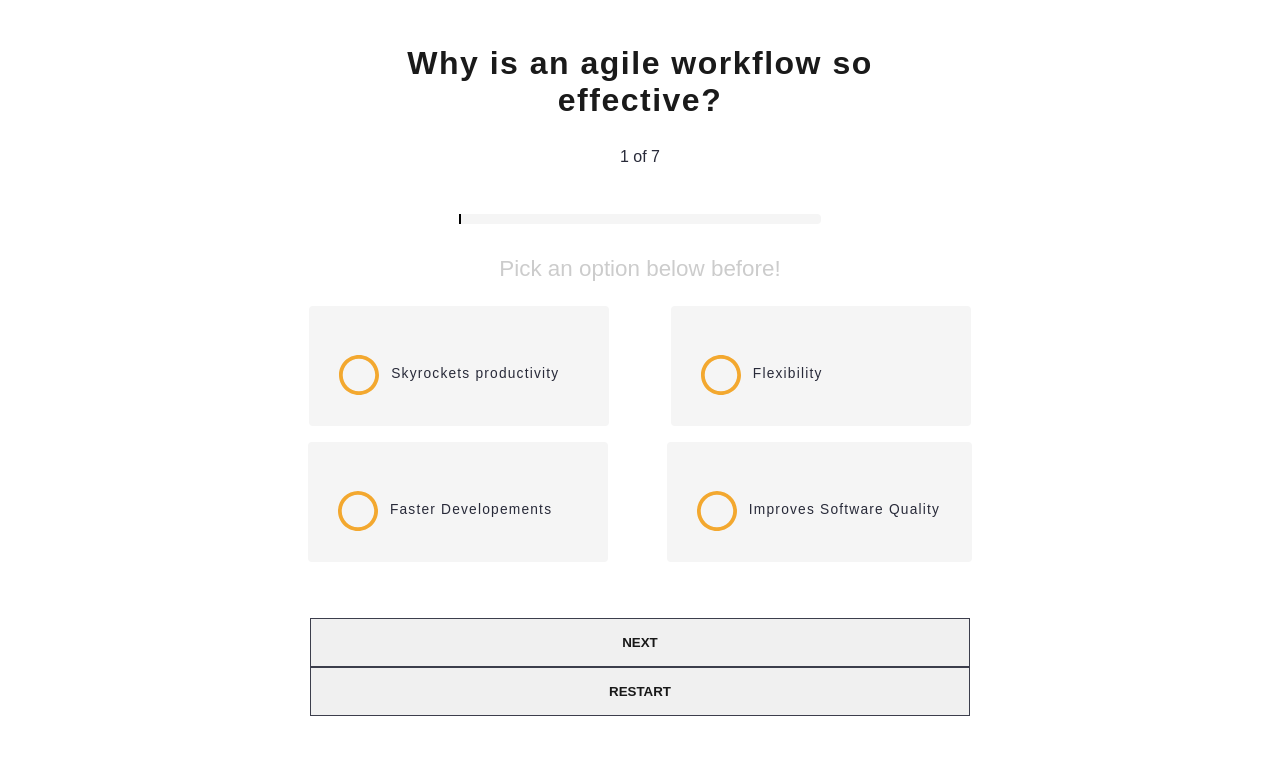
Repository: mukiSabljakovic/Quiz-APP
Page: index.html
An editor plug-in stored every save of this project. The page is shown before and after the next save, followed by the edit.
The browser window is 1280 px wide. The pictures show the whole page.
Some web fonts or font styles are not loaded; a fallback is used.

Above is the page before, as saved 2020-05-04 16:26:44.

### index.html
<!DOCTYPE html>
<html lang="en">
<head>
    <meta charset="UTF-8">
    <meta name="viewport" content="width=device-width, initial-scale=1.0">
    <title>Quiz</title>
    <link rel="stylesheet" href="css/style.css">
</head>
<body>
    <div class="app">
        <div class="container">
            <div class="jabquiz">

                <div class="jabquiz__question-box">
                    <h1 class="jabquiz__question">Why is an agile workflow so effective?</h1>
                    <p class="jabquiz__tracker">1 of 7</p>
                    <div class="progress">
                        <div class="progress__inner">

                        </div>
                    </div>
                    <p class="jabquiz__tagline">Pick an option below before!</p>
                </div>



                <div class="jabquiz__choices-box">
                    <ul class="jabquiz__choices">
                        <!-- dynamically with js -->
                        <li class="jabquiz__choice">
                            <input type="radio" name="choice" id="choice0" class="jabquiz__input">
                            <label for="choice0" class="jabquiz__label">
                                <i></i>
                                Skyrockets productivity
                            </label>
                        </li>
                        <li class="jabquiz__choice">
                            <input type="radio" name="choice" id="choice1" class="jabquiz__input">
                            <label for="choice1" class="jabquiz__label">
                                <i></i>
                                Flexibility
                            </label>
                        </li>
                        <li class="jabquiz__choice">
                            <input type="radio" name="choice" id="choice2" class="jabquiz__input" >
                            <label for="choice2" class="jabquiz__label">
                                <i></i>
                                Faster Developements
                            </label>
                        </li>
                        <li class="jabquiz__choice">
                            <input type="radio" name="choice" id="choice3" class="jabquiz__input" >
                            <label for="choice3" class="jabquiz__label">
                                <i></i>
                                Improves Software Quality
                            </label>
                        </li>
                    </ul>
                </div>



                <div class="jabquiz__footer">
                    <button class="button button--bordered next">Next</button>
                    <button class="button button--bordered restart">Restart</button>
                </div>



            </div>
        </div>
    </div>

    <script src="js/app.js" type="module"></script>
</body>
</html>

### css/style.css
@import url("https://fonts-googleapis.com/css?family=Raleway|PT+Serif:700");


:root {
    --main-font-color: #1a1a1a;
    --main-bg-color: white;
    --main-theme-color: rgb(243, 168, 47);
    --light-white: #f5f5f5;
    --light-gray: #ccc;
    --light-black: #282a39;
    --container-width: 768px;
    --font-body-stack: Raleway, Charcoal, sans-serif;
    --font-heading-stack: "PT Serif", sans-serif;

}

* {
 padding: 0;
 margin: 0;
 box-sizing: border-box;
}

.container {
    max-width: var(--container-width);
    margin-right: auto;
    margin-left: auto;
}

.button {
    padding: 1rem 3.8rem;
    text-transform: uppercase;
    border: 1px solid #eee;
    outline: 0;
    opacity: .9;
    font-weight: bold;
    transition: .3s all ease;
}

.button:hover {
    opacity: 1;
    background: var(--light-black);
    color: white;
}

.button.button--bordered {
    border: 1px solid var(--light-black);
}

.jabquiz {
    padding: 2rem 1.4rem;
}

.jabquiz__question-box {
    text-align: center;
}

.jabquiz__question {
    font-family: var(--font-heading-stack);
    font-weight: bold;
    letter-spacing: 1.5px;
    padding: 0.8rem 4rem;
    color: var(--main-font-color);
}

.jabquiz__tracker {
    font-family: var(--font-body-stack);
    color: var(--light-black);
    padding: 1rem;
}

.jabquiz__tagline {
    font-family: var(--font-body-stack);
    color: var(--light-gray);
    font-size: 1.4rem;
}

.progress {
    border-radius: 4px;
    margin: 2rem auto;
    width: 50%;
    background-color: var(--light-white);
}

.progress__inner {
    height: 10px;
    width: 0%;
    background-color: var(--main-theme-color);
    border-right: 2px solid black;
}

/* .jabquiz__choices-box {

} */

.jabquiz__choices {
    list-style-type: none;
    margin: 1rem auto;
    display: flex;
    flex-wrap: wrap;
}

.jabquiz__choice {
    min-width: 300px;
    border-radius: 4px;
    display: block;
    background: var(--light-white);
    margin: .5rem auto;
    font-family: sans-serif;
    color: var(--light-black);
    letter-spacing: 1.2px;
    font-size: .86rem;
}

.jabquiz__label {
    padding: 2rem 2rem;
    display: flex;
    align-items: center;
}

.jabquiz__choices input {
    opacity: 0;
}

.jabquiz__choices input:checked + label {
    color: var(--main-theme-color);
}

.jabquiz__choices input:checked + label i {
    background-image: url('../images/interface.svg');

}

.jabquiz__choices label i {
    background: url('../images/circle.svg');
    background-size: 40px;
    height: 40px;
    width: 40px;
    display: inline-block;
    position: relative;
    top: 1px;
    left: -2px;
    margin-right: 10px;
}

.jabquiz__footer {
    padding: 2rem;
    display: flex;
    flex-direction: column;
}

### js/app.js
import Question from "./Question.js";
import Quiz from "./Quiz.js";


const App = (() => {
 // cache the DOM
 const quizEl = document.querySelector(".jabquiz");
 const quizQuestionEl = document.querySelector(".jabquiz__question");
 const trackerEl = document.querySelector(".jabquiz__tracker");
 const taglineEl = document.querySelector(".jabquiz__tagline");
 const choicesEl = document.querySelector(".jabquiz__choices");
 const progressInnerEl = document.querySelector(".progress__inner");
 const nextButtonEL = document.querySelector(".next");
 const restartButtonEl = document.querySelector(".restart");

 const q1 = new Question(
     "First President of US?",
     ["Barrack", "Osama", "George", "Monkey"],
     2
 )

 const q2 = new Question(
    "When was JS created?",
    ["June 1995", "May 1995", "July 1885", "Sept 1996"],
    1
)

const q3 = new Question(
    "What does CSS stand for?",
    ["Cusa", "Cisa", "Cascading Style Sheets", "Cosa"],
    2
)

const q4 = new Question(
    "THe full form of HTML is...",
    ["Hypothalamus", "Hisan", "Huca", "Hyper Text Markup Language"],
    3
)

const q5 = new Question(
    "Console.log(typeof []) would return what?",
    ["Barr", "Object", "Null", "Array"],
    1
)

const quiz = new Quiz([q1, q2, q3, q4, q5]);

const renderQuestion = _ => {
    const question = quiz.getCurrentQuestion().question;
    console.log(question);
}

renderQuestion();

const renderAll = _ => {

    if (quiz.hasEnded()) {
        // renderEndScreen
    } else {
        // 1. render the question
        // 2. render the choices elements
        // 3. render Tracker
        // 4. render Progress
    }
}
})();

### js/Question.js
export default function Question(question, choices, answerKey) {
    this.question = question;
    this.choices = choices;
    this.answerKey = answerKey;

}

Question.prototype.isCorrect = function (guessKey) {
    return guessKey === this.answerKey;
}

### js/Quiz.js

export default function Quiz(questions) {
    this.questions = questions;
    this.score = 0;
    this.currentIndex = 0;
}

Quiz.prototype.getCurrentQuestion = function() {
    return this.questions[this.currentIndex];
}


Quiz.prototype.nextIndex = function() {
    this.currentIndex++;
}

Quiz.prototype.hasEnded = function() {
    return this.currentIndex === this.questions.length;
}

Quiz.prototype.guess = function(userGuess) {
    const currentQuestion = this.question[this.currentIndex];
    if (currentQuestion.issCorrect(userGuess)) {
        this.score++;
    }
    this.nextIndex();
}

### images/circle.svg
<?xml version="1.0" encoding="iso-8859-1"?>
<!-- Generator: Adobe Illustrator 19.0.0, SVG Export Plug-In . SVG Version: 6.00 Build 0)  -->
<svg version="1.1" id="Layer_1" xmlns="http://www.w3.org/2000/svg" xmlns:xlink="http://www.w3.org/1999/xlink" x="0px" y="0px"
	 viewBox="0 0 512 512" style="enable-background:new 0 0 512 512;" xml:space="preserve">
<path style="fill:#F3a82f;" d="M255.832,48.032c114.859,0.096,207.896,93.277,207.8,208.137s-93.277,207.896-208.137,207.8
	C140.7,463.872,47.695,370.795,47.695,256C47.871,141.149,140.981,48.112,255.832,48.032 M255.832,0
	C114.443,0.096-0.096,114.779,0,256.168S114.779,512.096,256.168,512C397.485,511.904,512,397.317,512,256
	C511.952,114.571,397.261-0.048,255.832,0z"/>
<g>
</g>
<g>
</g>
<g>
</g>
<g>
</g>
<g>
</g>
<g>
</g>
<g>
</g>
<g>
</g>
<g>
</g>
<g>
</g>
<g>
</g>
<g>
</g>
<g>
</g>
<g>
</g>
<g>
</g>
</svg>

After the next save:
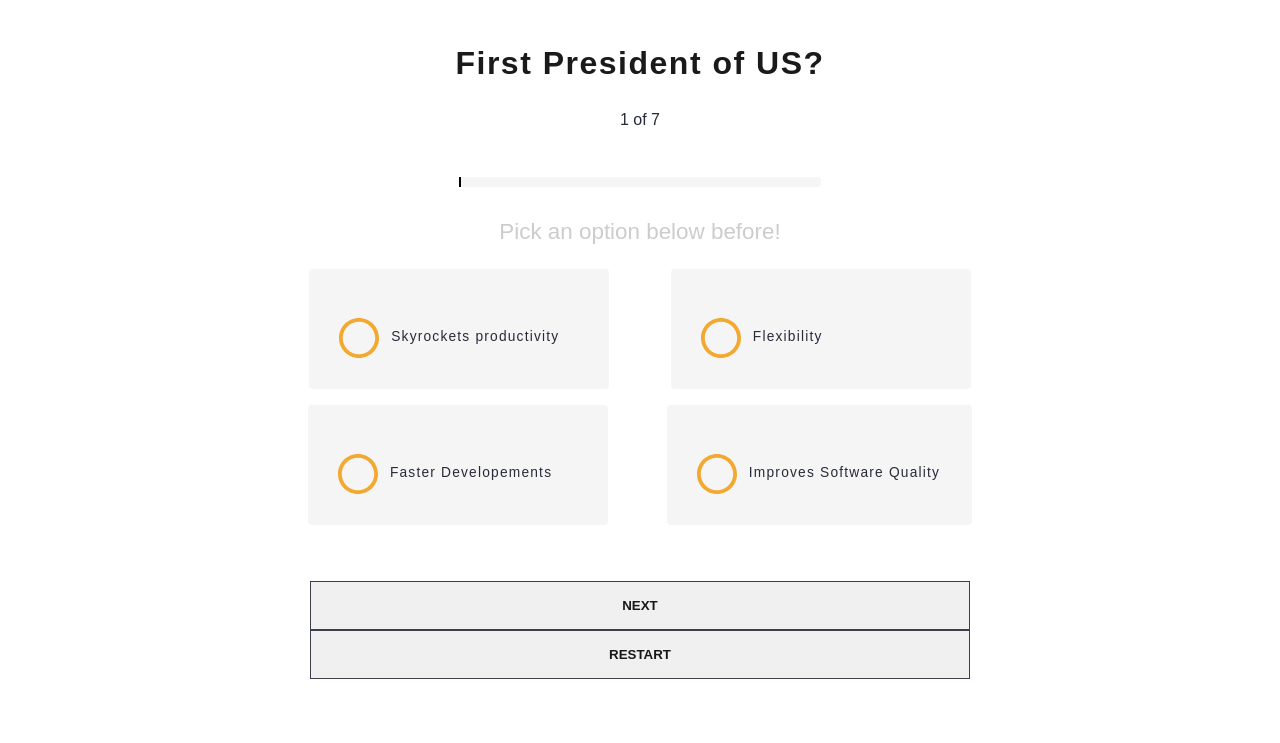
Saved 28 s later.
--- a/js/app.js
+++ b/js/app.js
@@ -47,7 +47,7 @@
 
 const renderQuestion = _ => {
     const question = quiz.getCurrentQuestion().question;
-    console.log(question);
+    quizQuestionEl.innerHTML = question;
 }
 
 renderQuestion();

After the save that followed:
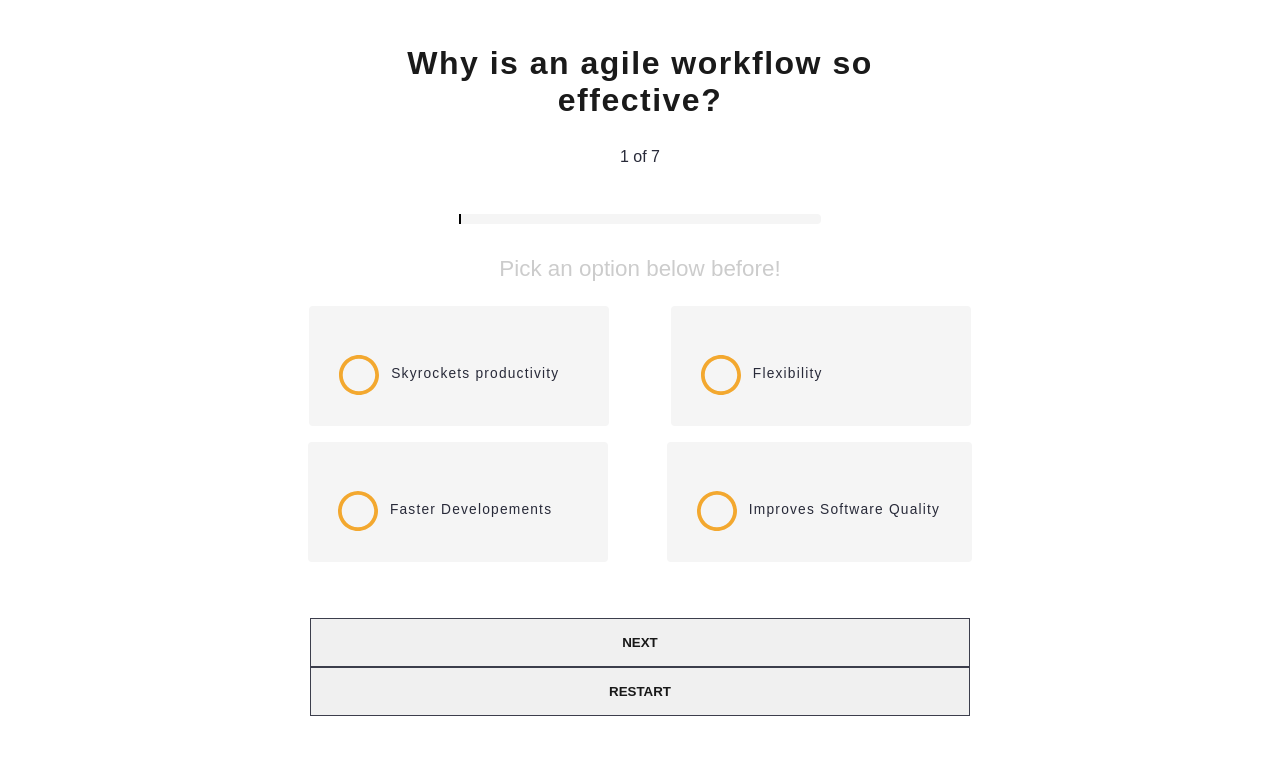
Saved 17 s later.
--- a/js/app.js
+++ b/js/app.js
@@ -47,7 +47,7 @@
 
 const renderQuestion = _ => {
     const question = quiz.getCurrentQuestion().question;
-    quizQuestionEl.innerHTML = question;
+    //quizQuestionEl.innerHTML = question;
 }
 
 renderQuestion();
